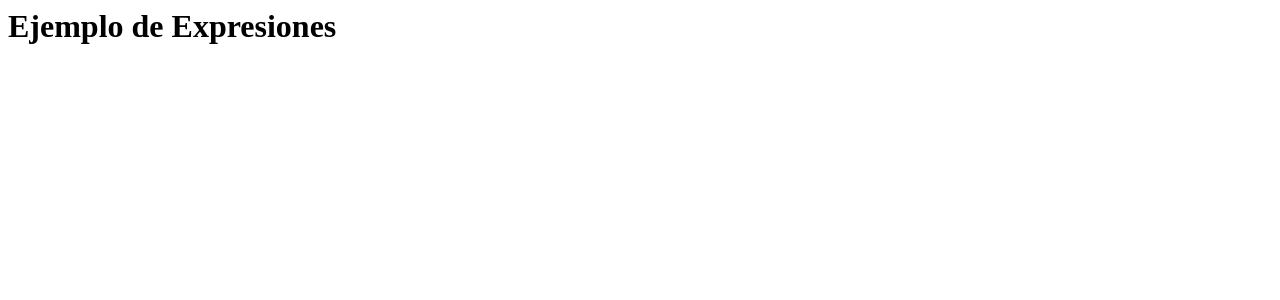
Repository: jchemile/varios
Page: http://localhost/Primeros_pasos_JSP/EjemploExpresiones.jsp
An editor plug-in stored every save of this project. The page is shown before and after the next save, followed by the edit.
The browser window is 1280 px wide. The pictures show the whole page.
The page is served by Tomcat 9. Other server files are loaded and not shown.

Above is the page before, as saved 2020-04-19 03:36:49.

### pildoras_informaticas/javaee/Primeros_pasos_JSP/WebContent/EjemploExpresiones.jsp
<html>
<body>

<h1>
Ejemplo de Expresiones
</h1>


</body>
</html>

After the next save:
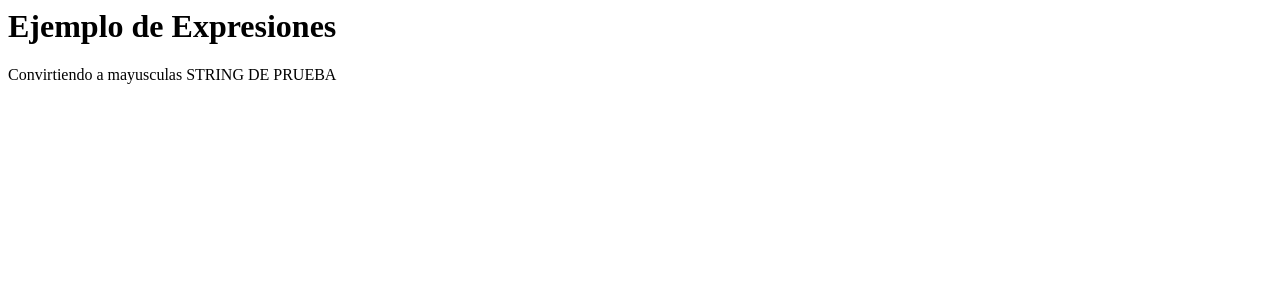
Saved 50 s later.
--- a/pildoras_informaticas/javaee/Primeros_pasos_JSP/WebContent/EjemploExpresiones.jsp
+++ b/pildoras_informaticas/javaee/Primeros_pasos_JSP/WebContent/EjemploExpresiones.jsp
@@ -5,6 +5,7 @@
 Ejemplo de Expresiones
 </h1>
 
+Convirtiendo a mayusculas <%= new String("String de prueba").toUpperCase() %>
 
 </body>
 </html>
